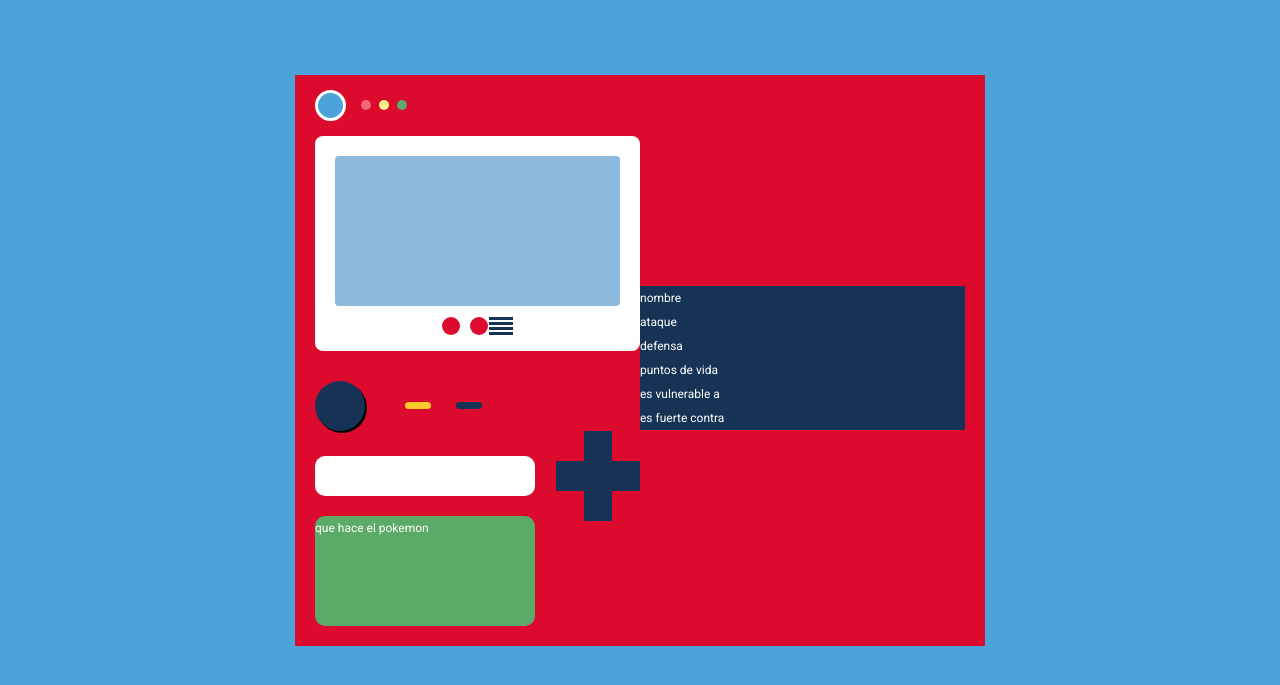
Repository: darkmantiz2/pokedex
Page: index.html
These files come from the project's save history. The page is drawn as it stood at one moment and after the next save; the edit follows.
The browser window is 1280 px wide. The pictures show the whole page.
The page's requests for data from a server got no answer.

Above is the page before, as saved 2022-01-26 14:07:18.

### index.html
<!DOCTYPE html>
<html lang="en">
  <head>
    <meta charset="UTF-8" />
    <meta http-equiv="X-UA-Compatible" content="IE=edge" />
    <meta name="viewport" content="width=device-width, initial-scale=1.0" />
    <link
      href="https://fonts.googleapis.com/css2?family=Roboto&display=swap"
      rel="stylesheet"
    />
    <link rel="stylesheet" href="./css/index.css" />
    <title>Pokedex</title>
  </head>
  <body>
    <div class="container">
      <section class="pokedex">
        <div class="pokedex-info">
          <div class="pokedex-cam">
            <span class="pokedex-cam-circle-blue"></span>
            <span class="pokedex-cam-circle-red"></span>
            <span class="pokedex-cam-circle-yellow"></span>
            <span class="pokedex-cam-circle-green"></span>
          </div>
          <div class="pokedex-screen">
            <div class="pokedex-screen-pokemon">
              <img class="pokedex-screen-pokemon-img" src="" alt="">
            </div>
            <div class="pokedex-screen-bottom">
              <div class="pokedex-screen-redpoint1"></div>
              <div class="pokedex-screen-redpoint2"></div>
              <div class="pokedex-screen-lines">
                <span class="pokedex-screen-lines-line"></span>
                <span class="pokedex-screen-lines-line"></span>
                <span class="pokedex-screen-lines-line"></span>
                <span class="pokedex-screen-lines-line"></span>
              </div>
            </div>
          </div>

          <div class="pokedex-buttons">
            <div class="pokedex-buttons-circle"></div>
            <div class="pokedex-buttons-yellow"></div>
            <div class="pokedex-buttons-darkblue"></div>
          </div>
          <div class="container-info">
            <div class="pokedex=-pokemon-info">
              <div class="pokedex-pokemon-name">nombre pokemon</div>
              <div class="pokedex-pokemon-description">que hace el pokemon</div>
            </div>

            <div class="pokedex-select-button">
              <div class="pokedex-select-button-up">
                <div class="black-button"></div>
              </div>
              <div>
                <div class="pokedex-select-button-left black-button"></div>
                <div class="pokedex-select-button-midle black-button"></div>
                <div class="pokedex-select-button-right black-button"></div>
              </div>
              <div class="pokedex-select-button-down">
                <div class="black-button box-shadow-left"></div>
              </div>
            </div>
          </div>
        </div>
        <div class="pokedex-stats">
          <div class="pokedex-stats-name -">nombre</div>
          <div class="pokedex-stats-attack ">ataque</div>
          <div class="pokedex-stats-defense">defensa</div>
          <div class="pokedex-stats-lifepoints ">puntos de vida</div>
          <div class="pokedex-stats-weak ">es vulnerable a</div>
          <div class="pokedex-stats-strong "> es fuerte contra </div>
        </div>
      </section>
    </div>
    <script src="./js/index.js" type="text/javascript"></script>
  </body>
</html>

### css/index.css

:root {
  --white: #fffffe;
  --black: #300f16;
  --primary: #dc0a2d;
  --green:#5baa67;
  --red :#f4647d ;
  --yellow-light:#feef8d;
  --secondary: #163355;
  --blue: #4ca3d9;
  --body1: 400 0.75rem/1.5rem Roboto;
  --body3: 400 0.5rem/0.4556451737880707rem Roboto;
  --body2-regular: 400 0.75rem/1.375rem Space Mono;
}

body {
  color: var(--white);
  background-color: var(--blue);
  font: var(--body1);
  margin: 0;

}

.container {
  display: flex;
  justify-content: center;
  align-items: center;
  height: 100vh;
}

.pokedex{
  background-color: var(--primary);
  width: 650px;
  display: flex;
  justify-content: center;
  align-items: center;
  padding: 15px 20px 20px 20px;

}

.pokedex-info {
  width: 50%;
}

.pokedex-stats {
  width: 50%;
}

.pokedex-cam{
  display: flex;
  align-items: center;
  padding-bottom: 15px;
}

.pokedex-cam-circle-blue {
  display: inline-block;
  width: 25px;
  height: 25px;
  border-radius: 50%;
  background: var(--blue);
  border: 3px solid white;
  margin-right: 15px;
}

.pokedex-cam-circle-red{
  display: inline-block;
  width: 10px;
  height: 10px;
  border-radius: 50%;
  background: var(--red);
  margin-right: 8px;
}

.pokedex-cam-circle-yellow{
  display: inline-block;
  width: 10px;
  height: 10px;
  border-radius: 50%;
  background: var(--yellow-light);
  margin-right: 8px;
}

.pokedex-cam-circle-green{
  display: inline-block;
  width: 10px;
  height: 10px;
  border-radius: 50%;
  background: var(--green);
  margin-right: 8px;
}

.pokedex-screen{
  background: white;
  width: 100%;
  height: 215px;
  border-radius: 8px;
  padding: 20px;
  box-sizing: border-box;
}

.pokedex-screen-pokemon {
  background: #8db9dc;
  height: 150px;
  border-radius: 4px;
  display: flex;
  justify-content: center;
}

.pokedex-screen-pokemon-img{
  width: 150px;
}

.pokedex-screen-bottom{
  display: flex;
  align-items: center;
  justify-content: center;
  margin-top: 10px;
}

.pokedex-screen-redpoint1{
  display: inline-block;
  width: 18px;
  height: 18px;
  border-radius: 50%;
  background: var(--primary);
}

.pokedex-screen-redpoint2{
  display: inline-block;
  width: 18px;
  height: 18px;
  border-radius: 50%;
  background: var(--primary);
  margin-left: 10px;
}

.pokedex-screen-lines{
  display: inline-grid;
  margin: 0;
  padding:0;
}

.pokedex-screen-lines-line{
  width: 24px;
  height: 3px;
  background: var(--secondary);
  display: inline-block;
  margin: 1px;
  padding: 0;
}

.pokedex-buttons{
  box-sizing: border-box;
  align-items: center;
  display: flex;
  margin-top: 30px;
}

.pokedex-buttons-circle{
  width: 50px;
  height: 50px;
  border-radius: 50%;
  background: var(--secondary);
  margin-right: 40px;
  box-shadow: 2px 2px black;
}

.container-info{
display: flex;
align-items: flex-start;
justify-content: space-between;
}
.pokedex-buttons-yellow{
  width: 26px;
  height: 7px;
  border-radius: 4px;
  background: #fdcb2f;
  margin-right: 25px;
}

.pokedex-buttons-darkblue{
  width: 26px;
  height: 7px;
  border-radius: 4px;
  background: var(--secondary);
}

.pokedex-pokemon-name{
  height: 40px;
  width: 220px;
  background-color: var(--white);
  margin-top: 25px;
  border-radius: 10px;
}

.pokedex-pokemon-description{
  height: 110px;
  width: 220px;
  background-color: var(--green);
  margin-top: 20px;
  border-radius: 10px;
}

.pokedex-select-button{
  display: flex;
  align-items: center;
  justify-content: center;
}

.pokedex-select-button-up{
  width: 28px;
  height: 30px;
  background-color: var(--secondary);
}

.pokedex-select-button-left{
  width: 28px;
  height: 30px;
  background-color: var(--secondary);
}

.pokedex-select-button-midle{
  width: 28px;
  height: 30px;
  background-color: var(--secondary);
}

.pokedex-select-button-right{
  width: 28px;
  height: 30px;
  background-color: var(--secondary);
}

.pokedex-select-button-down{
  width: 28px;
  height: 30px;
  background-color: var(--secondary);
}

.pokedex-stats{
  background-color: var(--secondary);

  align-items: center;
}

.stats-case{
  border: 1px solid black;
  box-shadow: 1.5px 1.5px #00000085;
  width: 200px;
  margin: 36px;
  height: 40px;
  background-color: var(--white);
  margin-left: 10px;
}

### js/index.js
let url = "https://pokeapi.co/api/v2/pokemon/#{id}";

const getPokemon = async (id) => {
  url = url.replace("#{id}", id);

  const res = await fetch(url);

  return res.json();
};

const drawPokemon = async () => {
  const randomNumber = Math.floor(Math.random() * 1000);
  const pokemon = await getPokemon(randomNumber);

  const nameNode = document.querySelector('.pokedex-pokemon-name');
  const imageNode = document.querySelector('.pokedex-screen-pokemon-img');

  nameNode.innerHTML = pokemon.name;
  imageNode.src = pokemon.sprites.front_default;

};

drawPokemon();

After the next save:
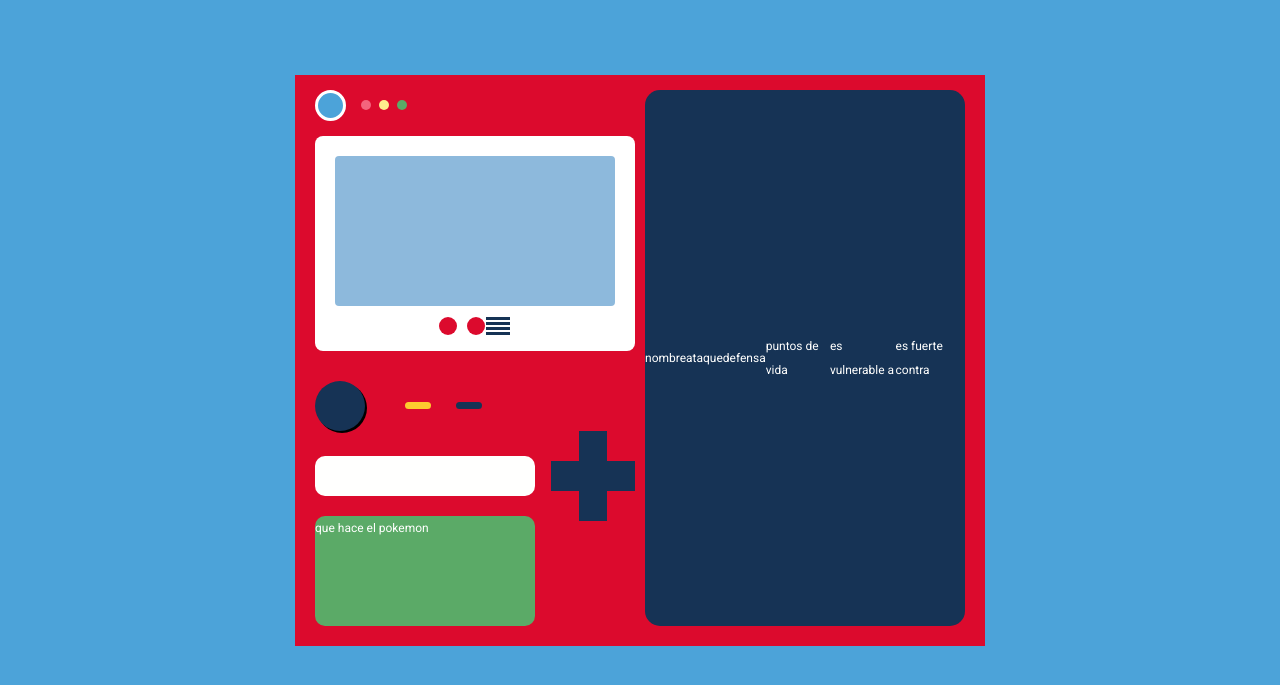
Saved 37 min 29 s later.
--- a/css/index.css
+++ b/css/index.css
@@ -239,16 +239,10 @@
 
 .pokedex-stats{
   background-color: var(--secondary);
-
-  align-items: center;
-}
-
-.stats-case{
-  border: 1px solid black;
-  box-shadow: 1.5px 1.5px #00000085;
-  width: 200px;
-  margin: 36px;
-  height: 40px;
-  background-color: var(--white);
+  height: 536px;
   margin-left: 10px;
-}
+  display: flex;
+  align-items: center;
+  justify-content: center;
+  border-radius: 15px;
+}
